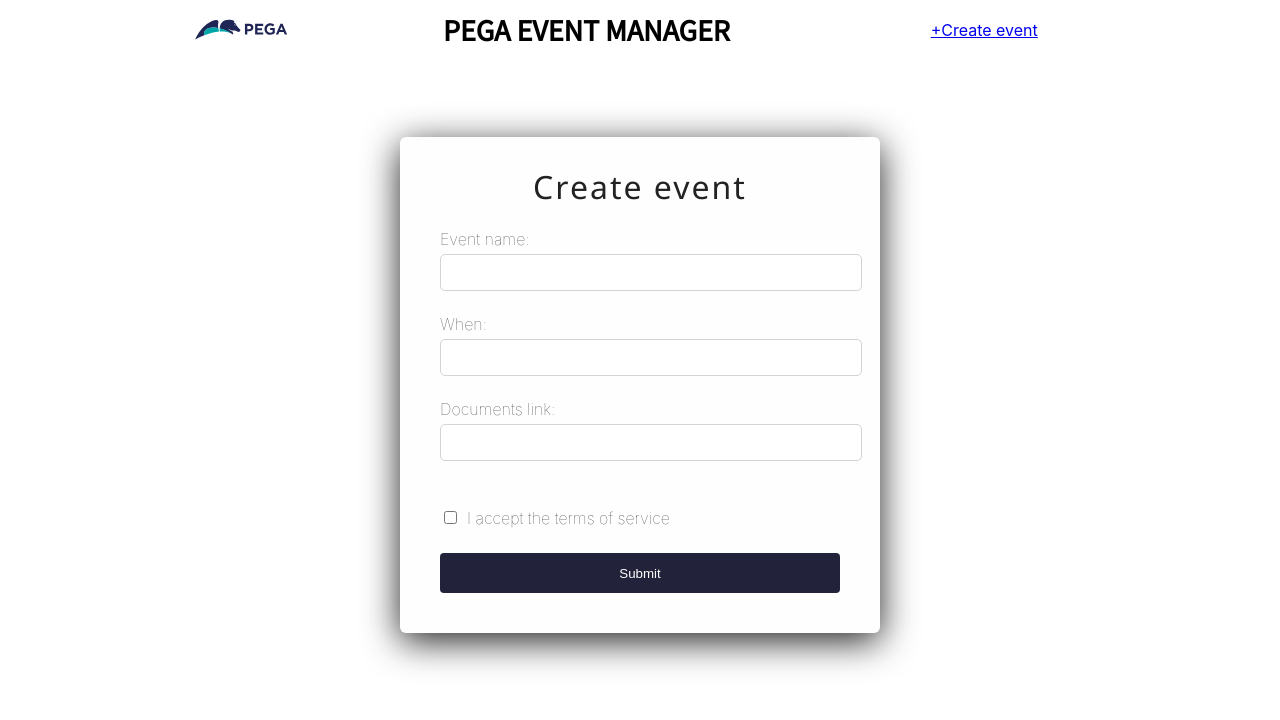
Repository: SasiVeeramachaneni/eventmanager
Page: /create
The author's editor kept a copy of each file at every save. The page is drawn from the files as they stood at one save, then again after the next save.
The browser window is 1280 px wide. The pictures show the whole page.
The project was rebuilt for these pictures with package versions that can differ from the ones it lists, and the page was loaded fresh each time. Also part of the build but not shown: src/Events.js, src/App.js.

Above is the page before, as saved 2020-09-03 00:24:48.

### src/index.js
import React from 'react';
import ReactDOM from 'react-dom';
import {BrowserRouter, Route, Switch, Link} from 'react-router-dom';
import './index.css';
import logo from './logo.svg';
import App from './App';
import CreateEvent from './createEvent';
import './fonts/SourceSansPro-Regular.ttf';

const Header = () => (
  <div className="header">
    <div className="logo"><img src={logo} alt=""/></div>
    <div className="heading">PEGA EVENT MANAGER</div>
    <div className="logo"><Link to="/create">+Create event</Link></div>
  </div>
);


const AddEvent = () => (
  <CreateEvent />
);

const noRoute = () => (
  <div>
    404!-<Link to="/">Go home</Link>
  </div>
);

const routes = (
  <BrowserRouter>
  <div className="App">
    <Header />
    <Switch>
      <Route path="/" component={App} exact={true}/>
      <Route path="/create" component={AddEvent} />
      <Route component={noRoute} />
    </Switch>
    </div>
  </BrowserRouter>
);

ReactDOM.render(
  routes,
  document.getElementById('root')
);

### src/createEvent.js
import React, { useState, useEffect } from "react";
import './createEvent.css';

function CreateEvent() {
  const [email, setEmail] = useState("");
  const [password, setPassword] = useState("");
  const [documents, setDocuments] = useState("");
  const [acceptedTerms, setAcceptedTerms] = useState(false);

  const handleSubmit = (event) => {
    console.log(`
      Email: ${email}
      Password: ${password}
      Accepted Terms: ${acceptedTerms}
    `);

    event.preventDefault();
  }

  return (
      <div className="createEvent">
    <form onSubmit={handleSubmit}>
      <h1>Create event</h1>

      <label>
        Event name:
        <input
          name="email"
          type="email"
          value={email}
          onChange={e => setEmail(e.target.value)}
          required />
      </label>

      <label>
        When:
        <input
          name="password"
          type="password"
          value={password}
          onChange={e => setPassword(e.target.value)}
          required />
      </label>

      <label>
        Documents link:
        <input
          name="Documents"
          type="text"
          value={documents}
          onChange={e => setDocuments(e.target.value)}
          required />
      </label>

      <label>
        <input
          name="acceptedTerms"
          type="checkbox"
          onChange={e => setAcceptedTerms(e.target.value)}
          required />
        I accept the terms of service
      </label>

      <button>Submit</button>
    </form>
    </div>
  );
}

export default CreateEvent;

### src/App.css
.App {
  height: 100vh;
  display: grid;
  grid-template-rows: 50px 1fr;
  width: 70%;
  margin-left: auto;
  margin-right: auto;
}

@font-face {
  font-family: 'SourceSansPro';
  src: local('SourceSansPro'), url(./fonts/SourceSansPro-Regular.ttf) format('truetype');
}



.container {
  padding: 2px 16px;
}

.cardList {
  display: flex;
  flex-direction: row;
  justify-content: center;
  max-width: 1000px;
  flex-wrap: wrap;
}

.header {
  display: flex;
  align-items: stretch;
  justify-content: space-evenly;
  padding-top: 10px;
}

.logo {
  flex-grow: 1;
  display: flex;
  align-items: center;
  justify-content: center;
}

.heading {
  flex-grow: 3;
  display: flex;
  align-items: center;
  justify-content: center;
  font-size: 30px;
  font-weight: bold;
  font-family: SourceSansPro;

}

.createbutton {
  width: 10rem;
  color: #FFF;
  background: #4BA7FE;
  border-radius: 8px;
  font-size: 15px;
  line-height: 24px;
  height: 2.5rem;
  position: relative;
  align-items: center;
  box-sizing: border-box;
  transition: all 0.4s ease-in-out;
  border: none;
  font-family: SourceSansPro;


}

.body {

}

#events {
  text-align: center;
  font-family: "Trebuchet MS", Arial, Helvetica, sans-serif;
  border-collapse: collapse;
  border: 3px solid #ddd;
  width: 100%;
}

#events td, #events th {
  border: 1px solid #ddd;
  padding: 8px;
  height: 40px;
}

#events tr:nth-child(even){background-color: #c4f2f8;}

#events tr:hover {background-color: #8AFFDD;}

#events th {
  padding-top: 12px;
  padding-bottom: 12px;
  text-align: center;
  background-color: #4CAF50;
  color: white;
}

### src/createEvent.css
.createEvent {
    box-sizing: border-box;
    margin-left: auto;
    margin-right: auto;
    margin-top: auto;
    margin-bottom: auto;
  }


  form {
    display: flex;
    flex-direction: column;
    width: 400px;
    min-width: 100px;
    min-height: 400px;
    padding: 20px 40px 40px 40px;
    border-radius: 6px;
    box-shadow: 0px 8px 36px #222;
    background-color: #fefefe;
  }

  form > h1 {
    display: flex;
    justify-content: center;
    font-family: "Segoe UI", "Ubuntu", "Roboto", "Open Sans", "Helvetica Neue", sans-serif;
    font-size: 2em;
    font-weight: lighter;
    margin-top: 0.25em;
    color: #222;
    letter-spacing: 2px;
  }

  .info {
    padding-bottom: 1em;
    padding-left: 0.5em;
    padding-right: 0.5em;
  }

  label {
    margin-bottom: 0.5em;
    color: #444;
    font-weight: lighter;
  }

  input {
    display: flex;
    flex-direction: column;
    margin-bottom: 15px;
    width: 100%;
  }
  input, select {
    padding: 10px 10px;
    border-radius: 5px;
    border: 1px solid #d6d1d5;
    margin-top: 5px;
  }
  select {
    display: block;
    width: 100%;
    height: 35px;
  }
  input[type="checkbox"] {
    display: inline-block;
    width: auto;
    margin-top: 2em;
    margin-right: 10px;
  }

  button {
    min-width: 100%;
    cursor: pointer;
    margin-right: 0.25em;
    margin-top: 0.5em;
    padding: 	0.938em;
    border: none;
    border-radius: 4px;
    background-color: #22223B;
    color: #fefefe;
  }
  button:hover {
    background-color: #4A4E69;
    color: #fefefe;
  }

  .error {
    color:#db2269;
    font-size: 0.5em;
    display: relative;
  }

  .submit {
    width: 100%;
    display: flex;
    flex-wrap: wrap;
  }

Loaded but not shown: public/index.html (common file); src/index.css (common file)

After the next save:
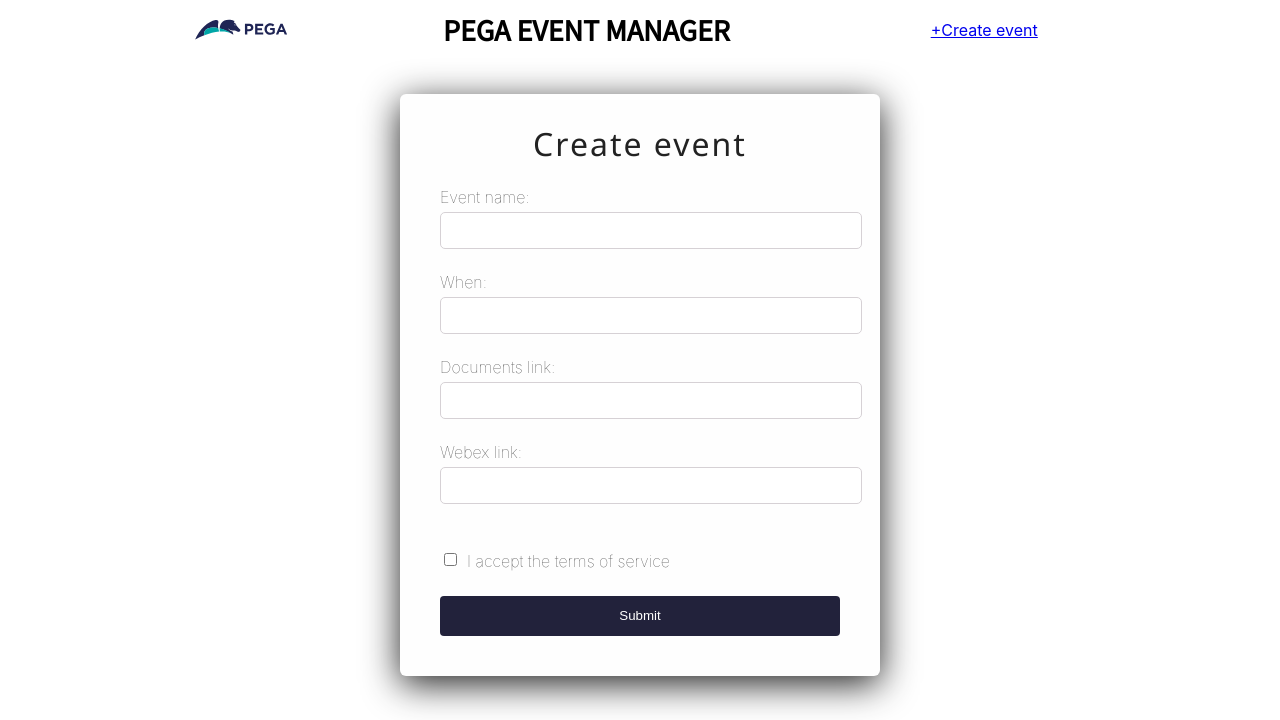
Saved 46 s later.
--- a/src/createEvent.js
+++ b/src/createEvent.js
@@ -53,6 +53,16 @@
       </label>
 
       <label>
+        Webex link:
+        <input
+          name="Documents"
+          type="text"
+          value={documents}
+          onChange={e => setDocuments(e.target.value)}
+          required />
+      </label>
+
+      <label>
         <input
           name="acceptedTerms"
           type="checkbox"
